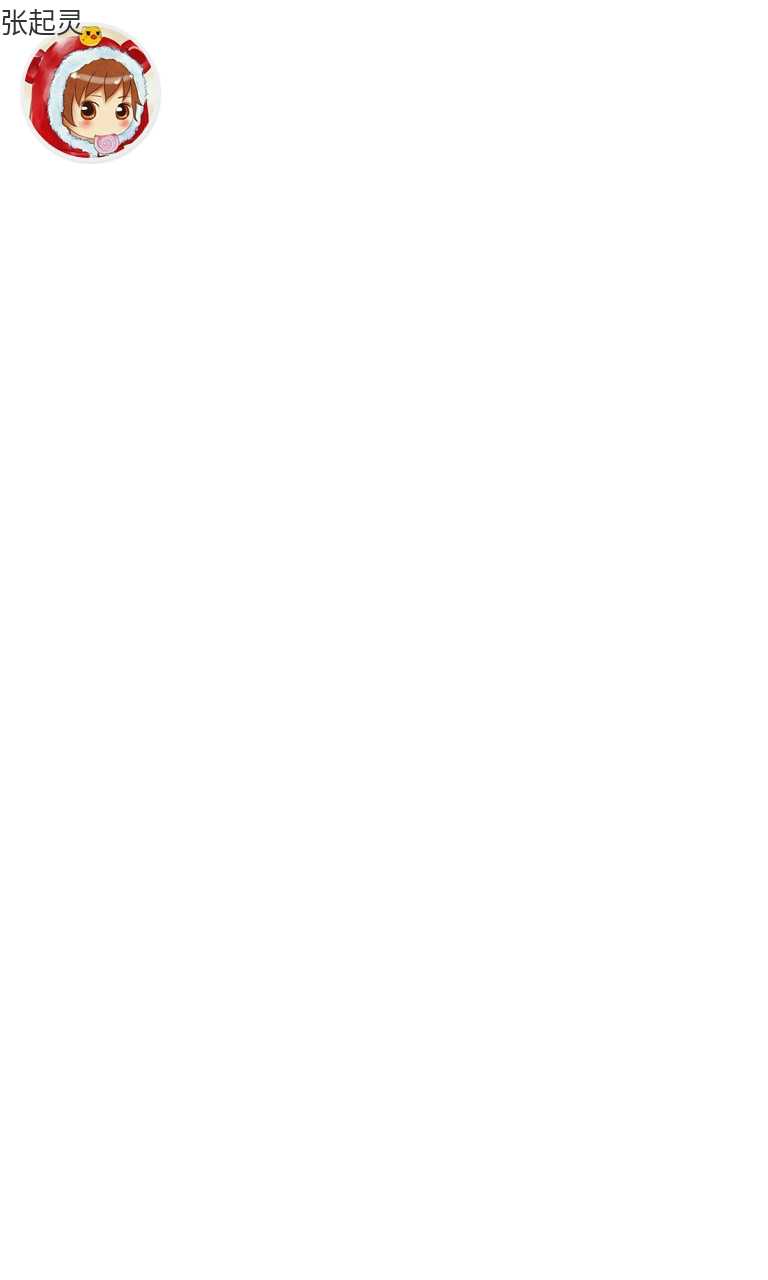
Repository: 2015-Forever/JWD
Layout: Jwd/res/layout/item_results.xml
The author's editor kept a copy of each file at every save. The layout is drawn from the files as they stood at one save, then again after the next save.
It is drawn on a 768 x 1280 px phone screen (xhdpi) without system bars, with theme AppTheme; the app's code is not run.

Above is the layout before, as saved 2015-07-16 09:56:44.

After the next save:
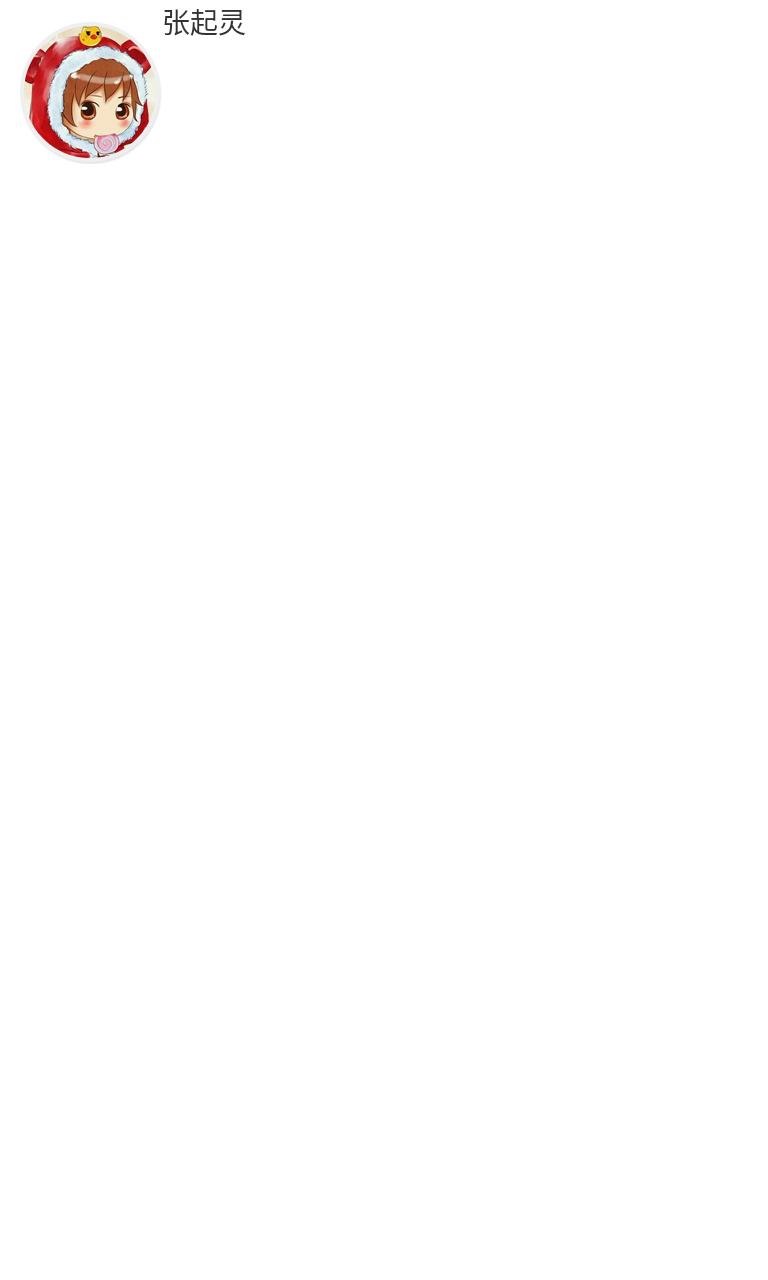
Saved 19 s later.
--- a/Jwd/res/layout/item_results.xml
+++ b/Jwd/res/layout/item_results.xml
@@ -15,6 +15,7 @@
     <TextView
         android:layout_width="wrap_content"
         android:layout_height="wrap_content"
+        android:layout_toRightOf="@id/character_iv"
         android:text="张起灵"/>
 
 </RelativeLayout>
